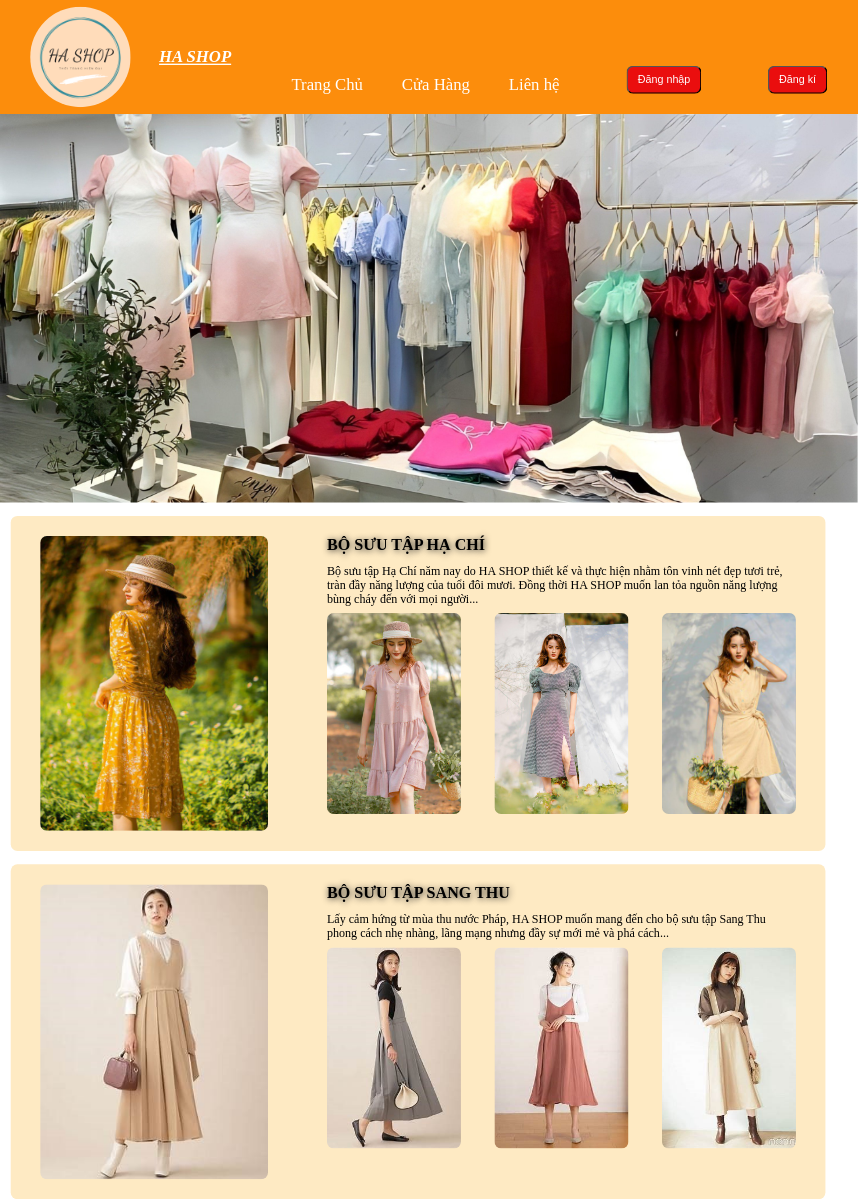
Repository: manhhieu120499/demo_page
Page: trangchu.html
The author's editor kept a copy of each file at every save. The page is drawn from the files as they stood at one save, then again after a run of saves.
The browser window is 1280 px wide. The pictures show the whole page, at 67% of full size.

Above is the page before, as saved 2023-03-04 12:11:54.

After the next 2 saves:
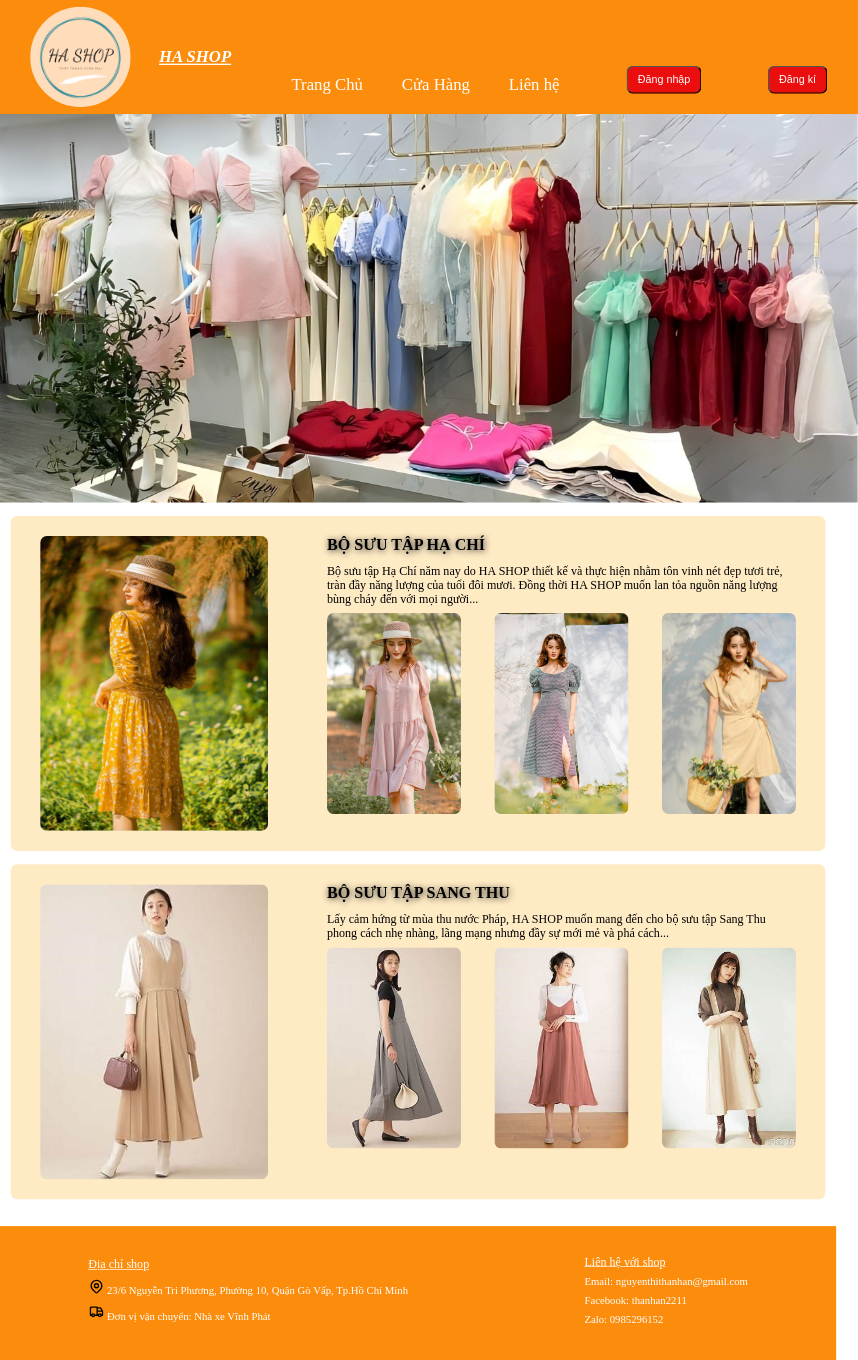
The 2 saves are shown as one change because they came seconds apart.
The last was saved 17 s later.
--- a/trangchu.html
+++ b/trangchu.html
@@ -68,6 +68,39 @@
 
          </div>
 
+         <div class="footer">
+            <div class="left_footer">
+                  <p class="address">Địa chỉ shop</p>
+                  <p>
+                    <a class="icon">
+                        <svg xmlns="http://www.w3.org/2000/svg" class="icon icon-tabler icon-tabler-map-pin" width="24" height="24" viewBox="0 0 24 24" stroke-width="2" stroke="currentColor" fill="none" stroke-linecap="round" stroke-linejoin="round">
+                            <path stroke="none" d="M0 0h24v24H0z" fill="none"></path>
+                            <path d="M12 11m-3 0a3 3 0 1 0 6 0a3 3 0 1 0 -6 0"></path>
+                            <path d="M17.657 16.657l-4.243 4.243a2 2 0 0 1 -2.827 0l-4.244 -4.243a8 8 0 1 1 11.314 0z"></path>
+                         </svg>
+                    </a>
+                     23/6 Nguyễn Tri Phương, Phường 10, Quận Gò Vấp, Tp.Hồ Chí Minh
+                  </p>
+                  <p>
+                    <a>
+                        <svg xmlns="http://www.w3.org/2000/svg" class="icon icon-tabler icon-tabler-truck" width="24" height="24" viewBox="0 0 24 24" stroke-width="2" stroke="currentColor" fill="none" stroke-linecap="round" stroke-linejoin="round">
+                            <path stroke="none" d="M0 0h24v24H0z" fill="none"></path>
+                            <path d="M7 17m-2 0a2 2 0 1 0 4 0a2 2 0 1 0 -4 0"></path>
+                            <path d="M17 17m-2 0a2 2 0 1 0 4 0a2 2 0 1 0 -4 0"></path>
+                            <path d="M5 17h-2v-11a1 1 0 0 1 1 -1h9v12m-4 0h6m4 0h2v-6h-8m0 -5h5l3 5"></path>
+                         </svg>
+                         Đơn vị vận chuyển: Nhà xe Vĩnh Phát
+                    </a>
+                  </p>
+            </div>
+            <div class="right_footer">
+                 <p class="address">Liên hệ với shop</p>
+                 <p>Email: nguyenthithanhan@gmail.com</p>
+                 <p>Facebook: thanhan2211</p>
+                 <p>Zalo: 0985296152</p>
+            </div>
+
+        </div>
 
     </div>
 

After the save that followed:
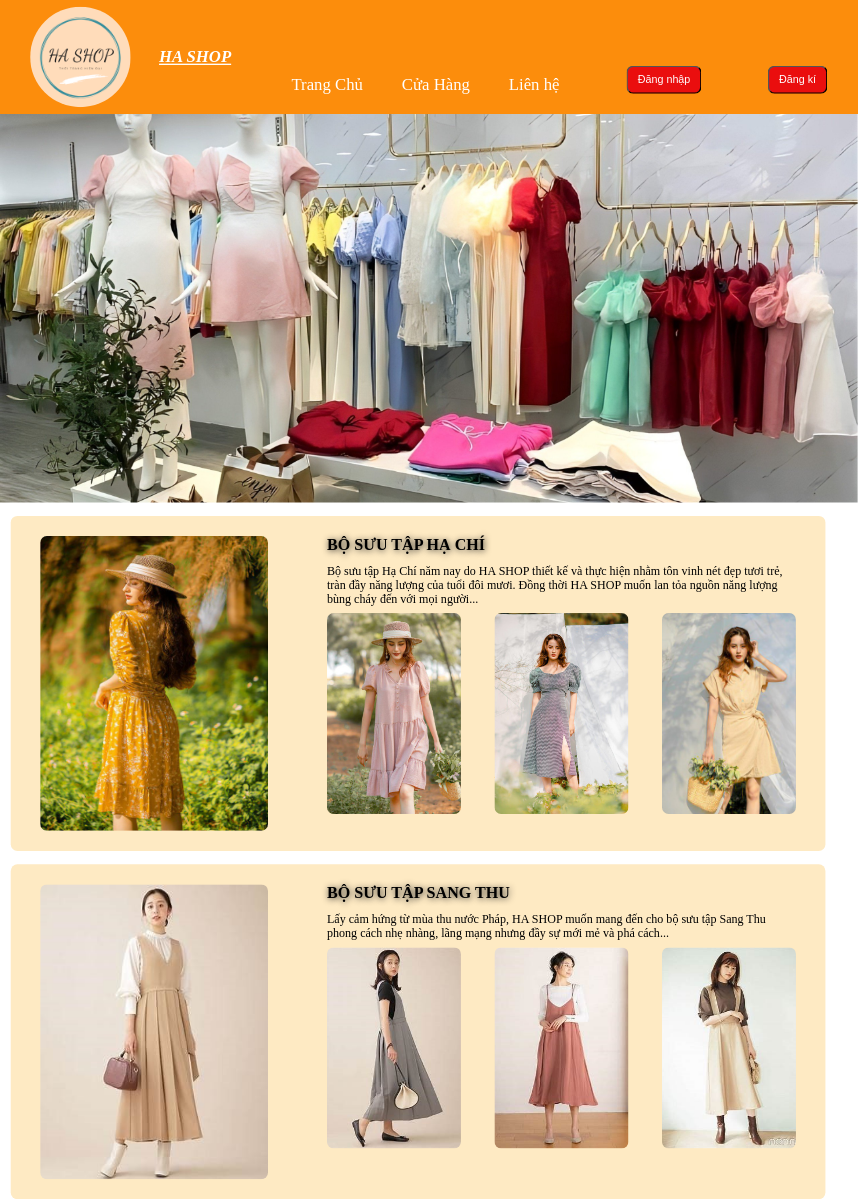
Saved 2 min 58 s later.
--- a/trangchu.html
+++ b/trangchu.html
@@ -68,39 +68,7 @@
 
          </div>
 
-         <div class="footer">
-            <div class="left_footer">
-                  <p class="address">Địa chỉ shop</p>
-                  <p>
-                    <a class="icon">
-                        <svg xmlns="http://www.w3.org/2000/svg" class="icon icon-tabler icon-tabler-map-pin" width="24" height="24" viewBox="0 0 24 24" stroke-width="2" stroke="currentColor" fill="none" stroke-linecap="round" stroke-linejoin="round">
-                            <path stroke="none" d="M0 0h24v24H0z" fill="none"></path>
-                            <path d="M12 11m-3 0a3 3 0 1 0 6 0a3 3 0 1 0 -6 0"></path>
-                            <path d="M17.657 16.657l-4.243 4.243a2 2 0 0 1 -2.827 0l-4.244 -4.243a8 8 0 1 1 11.314 0z"></path>
-                         </svg>
-                    </a>
-                     23/6 Nguyễn Tri Phương, Phường 10, Quận Gò Vấp, Tp.Hồ Chí Minh
-                  </p>
-                  <p>
-                    <a>
-                        <svg xmlns="http://www.w3.org/2000/svg" class="icon icon-tabler icon-tabler-truck" width="24" height="24" viewBox="0 0 24 24" stroke-width="2" stroke="currentColor" fill="none" stroke-linecap="round" stroke-linejoin="round">
-                            <path stroke="none" d="M0 0h24v24H0z" fill="none"></path>
-                            <path d="M7 17m-2 0a2 2 0 1 0 4 0a2 2 0 1 0 -4 0"></path>
-                            <path d="M17 17m-2 0a2 2 0 1 0 4 0a2 2 0 1 0 -4 0"></path>
-                            <path d="M5 17h-2v-11a1 1 0 0 1 1 -1h9v12m-4 0h6m4 0h2v-6h-8m0 -5h5l3 5"></path>
-                         </svg>
-                         Đơn vị vận chuyển: Nhà xe Vĩnh Phát
-                    </a>
-                  </p>
-            </div>
-            <div class="right_footer">
-                 <p class="address">Liên hệ với shop</p>
-                 <p>Email: nguyenthithanhan@gmail.com</p>
-                 <p>Facebook: thanhan2211</p>
-                 <p>Zalo: 0985296152</p>
-            </div>
 
-        </div>
 
     </div>
 
